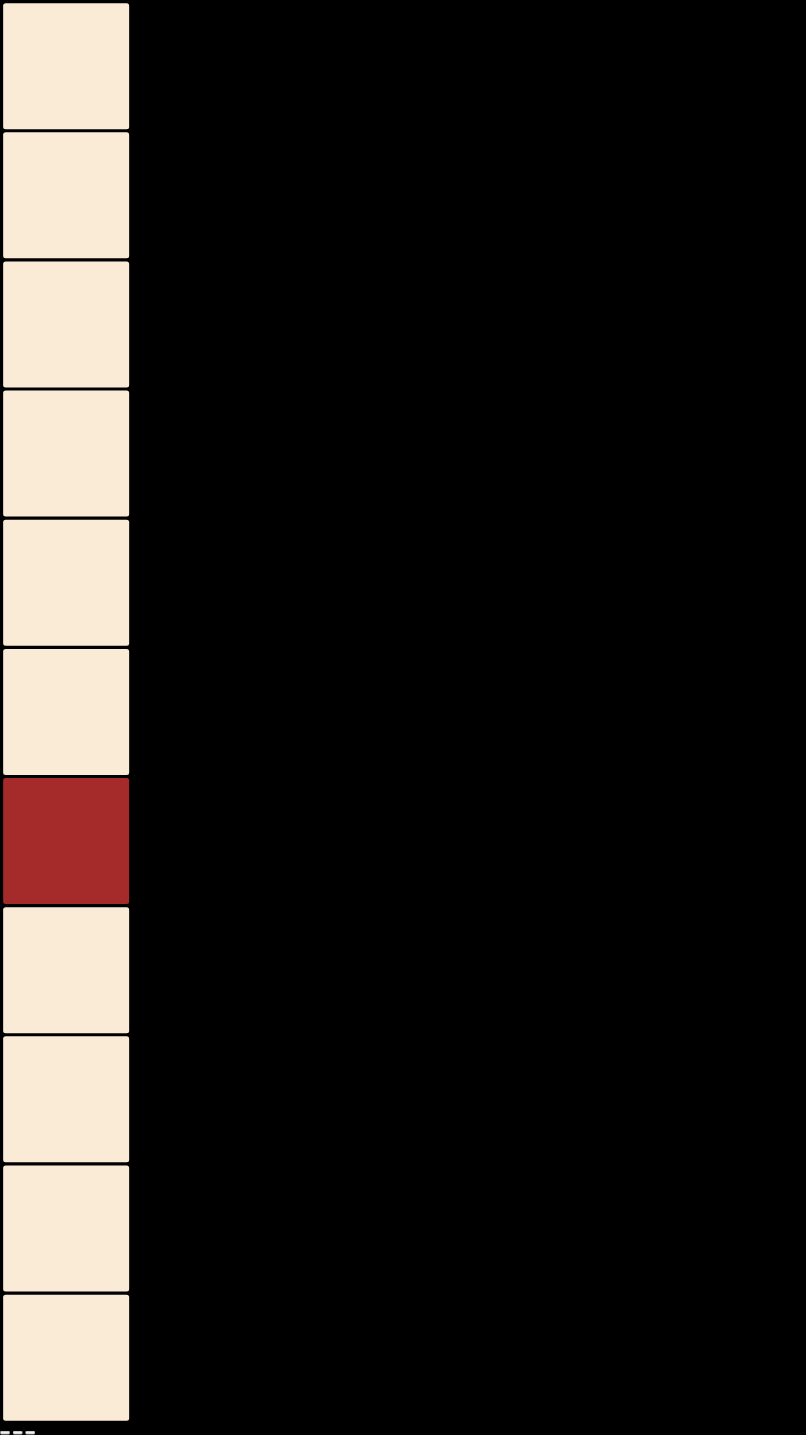
Repository: sephinejo/frontend-browser-101
Page: window-scrolling.html
The author's editor kept a copy of each file at every save. The page is drawn from the files as they stood at one save, then again after the next save.
The browser window is 1280 px wide. The pictures show the whole page, at 63% of full size.

Above is the page before, as saved 2023-05-10 15:13:13.

After the next save:
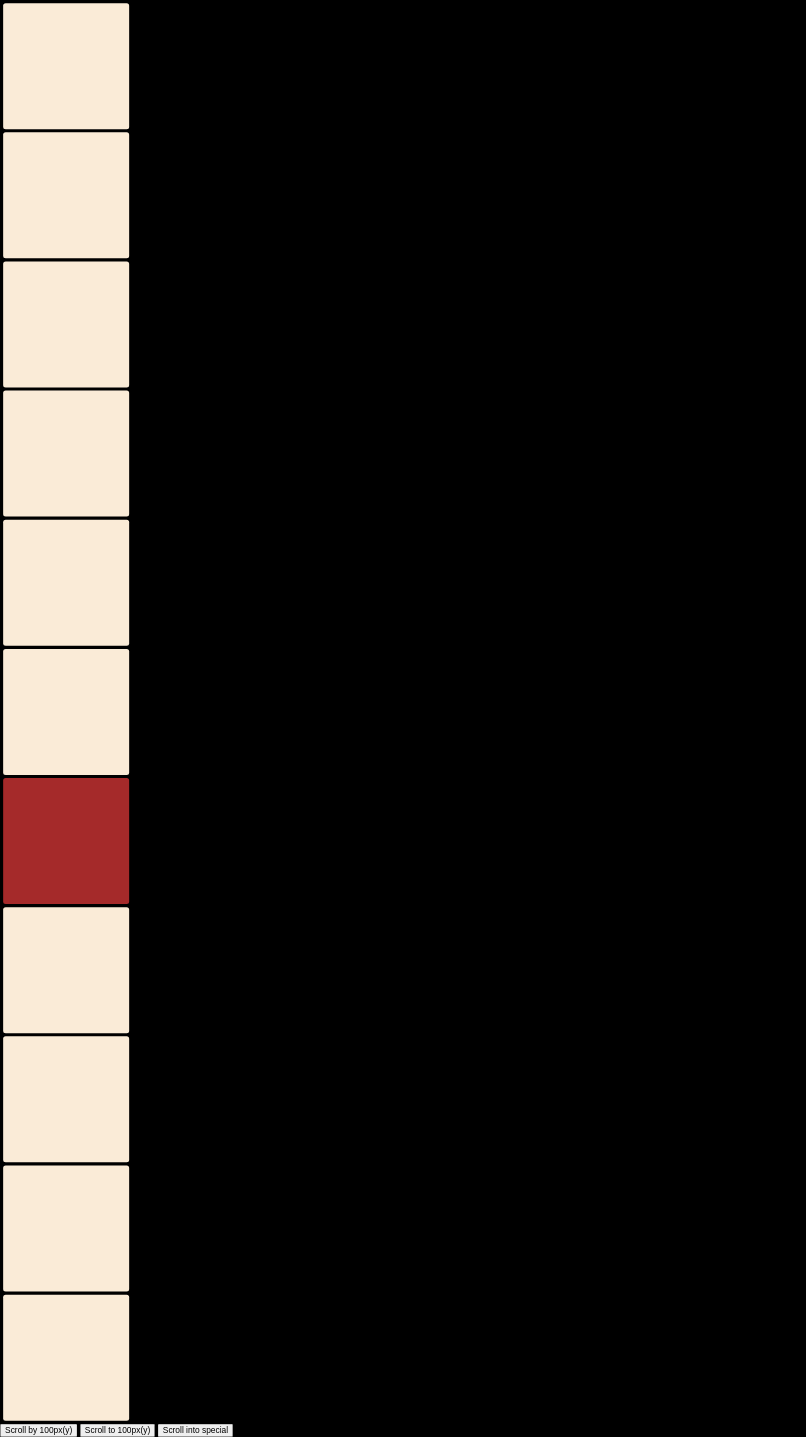
Saved 27 s later.
--- a/window-scrolling.html
+++ b/window-scrolling.html
@@ -37,9 +37,9 @@
       <div class="box"></div>
     </div>
     <div class="btn-container">
-      <button></button>
-      <button></button>
-      <button></button>
+      <button>Scroll by 100px(y)</button>
+      <button>Scroll to 100px(y)</button>
+      <button>Scroll into special</button>
     </div>
     <script>
       const special = document.querySelector('.special');
